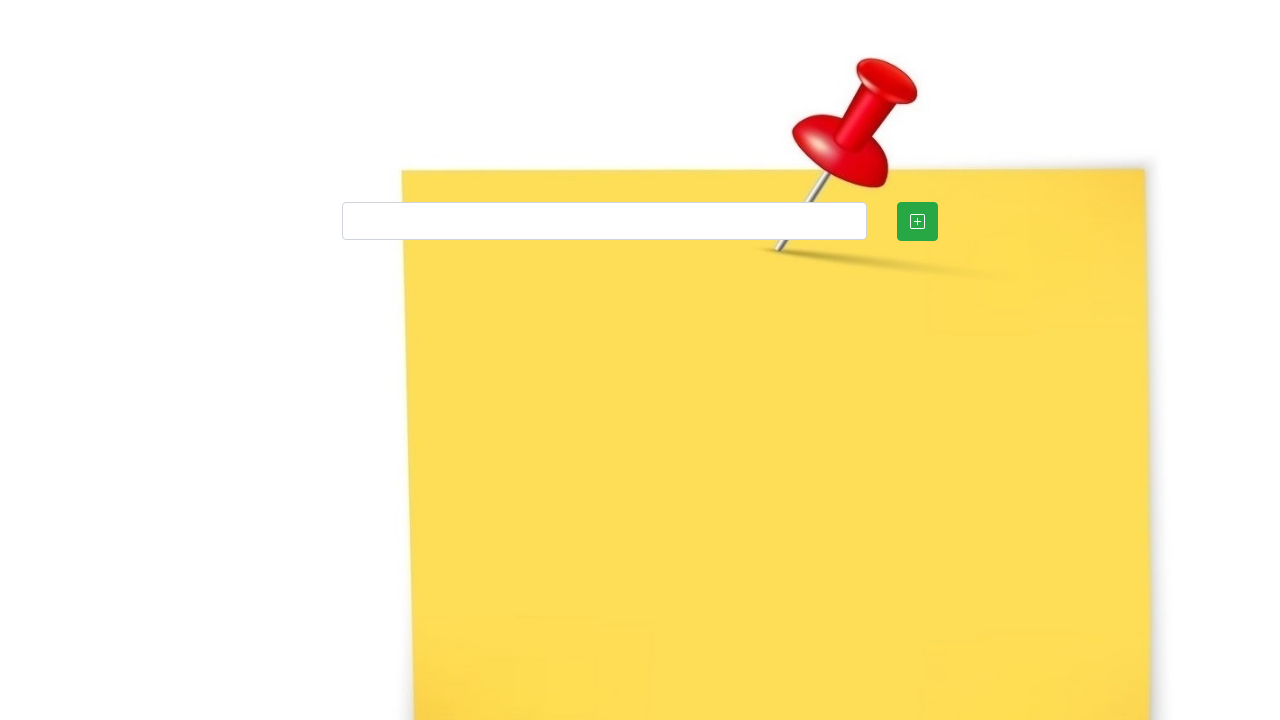
Repository: walaaElbasha/Todo-list-laravel
Page: http://localhost/tasks
An editor plug-in stored every save of this project. The page is shown before and after the next save, followed by the edit.
The browser window is 1280 px wide. The pictures show the whole page.
The page is served by the project's Laravel application, run on PHP 8.4 with Laravel 8. Style sheets and scripts are compiled from the project's sources, by tool versions that may differ from the author's. Queries for data that is not in the repository find no rows.

Above is the page before, as saved 2021-07-01 18:08:13.

After the next save:
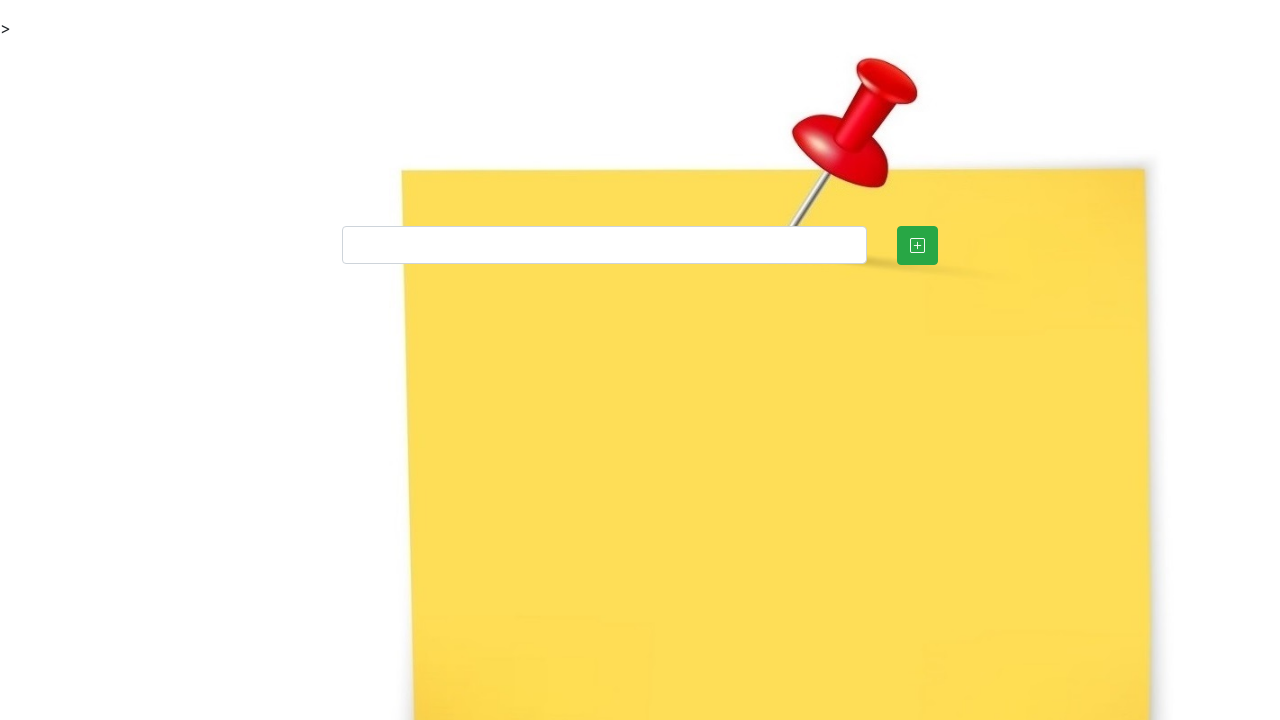
Saved 47 s later.
--- a/resources/views/tasks/index.blade.php
+++ b/resources/views/tasks/index.blade.php
@@ -16,13 +16,13 @@
 @endif
 
 <body style="background-image: url('sticky.jpg')  ; background-repeat: no-repeat;
-  background-size: 1400px 950px; ">
+  background-size: 1400px 950px;">>
 
     <div class="container">
 
         <!-- Display Validation Errors -->
 
-        <div style="margin-top:170px; margin-left:150px">
+        <div style="margin-top:170px; margin-left:200px">
             <table>
                 <ul>
                     @foreach($allTasks as $task)
